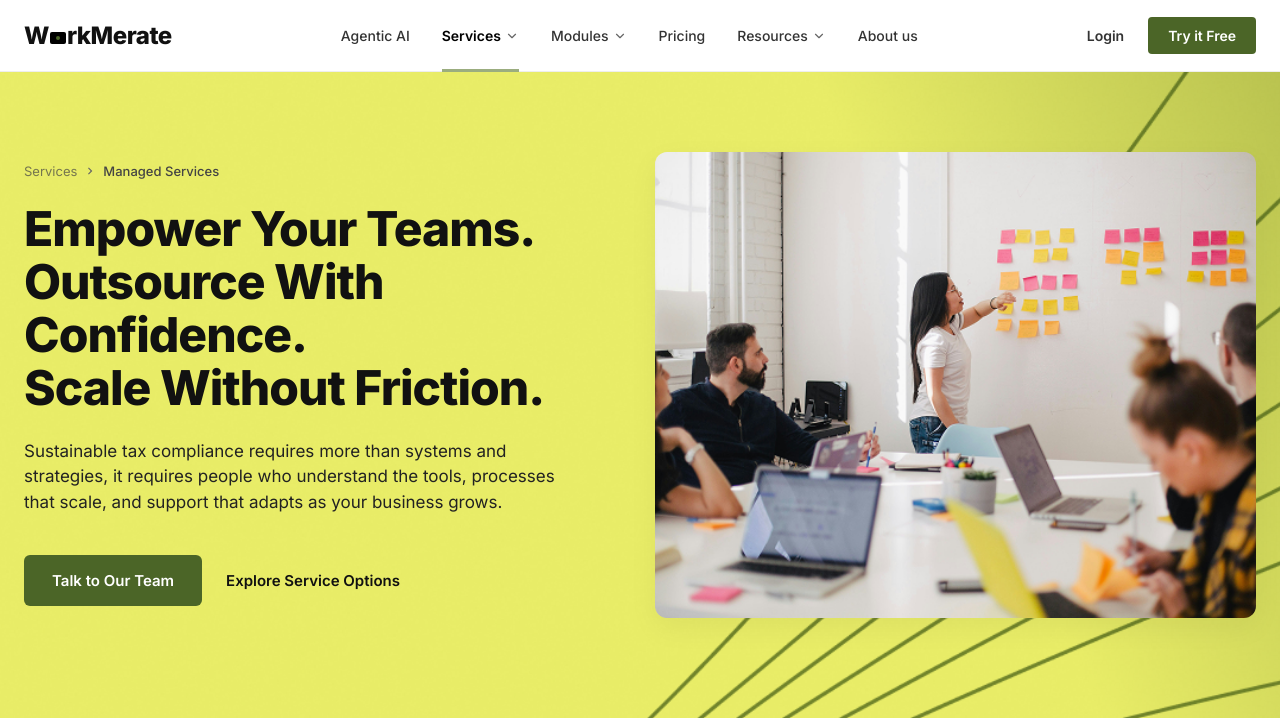
Repository: Opawumi/work_merate
Page: managed.html
An editor plug-in stored every save of this project. The page is shown before and after a run of saves, followed by the edit.
The browser window is 1280 px wide. The pictures show the whole page.

Above is the page before, as saved 2026-02-02 10:49:07.

### managed.html
<!DOCTYPE html>
<html lang="en">
<head>
    <meta charset="UTF-8">
    <meta name="viewport" content="width=device-width, initial-scale=1.0">
    <title>Managed Services - WorkMerate</title>
    <link rel="stylesheet" href="managed.css">
    <link rel="preconnect" href="https://fonts.googleapis.com">
    <link rel="preconnect" href="https://fonts.gstatic.com" crossorigin>
    <link href="https://fonts.googleapis.com/css2?family=Inter:wght@400;500;600;700;800&display=swap" rel="stylesheet">
</head>
<body>

    <nav class="navbar">
        <div class="container nav-wrapper">
            <a href="#" class="logo">
                W<span class="bag-icon"></span>rkMerate
            </a>

            <ul class="nav-menu">
                <li><a href="#" class="nav-link">Agentic AI</a></li>
                <li>
                    <a href="#" class="nav-link active">
                        Services
                        <svg class="chevron" viewBox="0 0 24 24" fill="none" stroke="currentColor" stroke-width="2" stroke-linecap="round" stroke-linejoin="round"><polyline points="6 9 12 15 18 9"></polyline></svg>
                    </a>
                </li>
                <li>
                    <a href="#" class="nav-link">
                        Modules
                        <svg class="chevron" viewBox="0 0 24 24" fill="none" stroke="currentColor" stroke-width="2" stroke-linecap="round" stroke-linejoin="round"><polyline points="6 9 12 15 18 9"></polyline></svg>
                    </a>
                </li>
                <li><a href="#" class="nav-link">Pricing</a></li>
                <li>
                    <a href="#" class="nav-link">
                        Resources
                        <svg class="chevron" viewBox="0 0 24 24" fill="none" stroke="currentColor" stroke-width="2" stroke-linecap="round" stroke-linejoin="round"><polyline points="6 9 12 15 18 9"></polyline></svg>
                    </a>
                </li>
                <li><a href="#" class="nav-link">About us</a></li>
            </ul>

            <div class="nav-actions">
                <a href="#" class="login-link">Login</a>
                <a href="#" class="btn-nav">Try it Free</a>
            </div>
        </div>
    </nav>

    <section class="hero-section">

        <div class="container hero-container">

            <div class="hero-content">
                <div class="breadcrumbs">
                    <span class="crumb-gray">Services</span>
                    <svg class="crumb-arrow" viewBox="0 0 24 24"><path d="M10 6L8.59 7.41 13.17 12l-4.58 4.59L10 18l6-6z"/></svg>
                    <span class="crumb-current">Managed Services</span>
                </div>

                <h1>Empower Your Teams.<br>Outsource With Confidence.<br>Scale Without Friction.</h1>

                <p class="hero-description">
                    Sustainable tax compliance requires more than systems and strategies, it requires
                    people who understand the tools, processes that scale, and support that adapts as
                    your business grows.
                </p>

                <div class="hero-buttons">
                    <a href="#" class="btn-hero-primary">Talk to Our Team</a>
                    <a href="#" class="btn-hero-secondary">Explore Service Options</a>
                </div>
            </div>

            <div class="hero-image-wrapper">
                <img src="./assets/managed-main.png" alt="Team working together with sticky notes">
            </div>

        </div>
    </section>

</body>
</html>

### managed.css
/* --- Reset & Base Styles --- */
:root {
    --font-family: 'Inter', sans-serif;
    --color-text-main: #111111;
    --color-text-gray: #444444;
    --color-lime-bg: #DCEE60; /* Matches the bright lime green in image */
    --color-dark-green: #4B6527; /* Matches the dark olive buttons */
    --max-width: 1280px;
}

* {
    margin: 0;
    padding: 0;
    box-sizing: border-box;
}

body {
    font-family: var(--font-family);
    color: var(--color-text-main);
    background-color: #fff;
    overflow-x: hidden;
}

a { text-decoration: none; color: inherit; }
ul { list-style: none; }

.container {
    max-width: var(--max-width);
    margin: 0 auto;
    padding: 0 24px;
}

/* --- Navigation --- */
.navbar {
    background-color: #fff;
    height: 72px;
    display: flex;
    align-items: center;
    border-bottom: 1px solid #eee; /* Subtle separator usually present */
    position: relative;
    z-index: 100;
}

.nav-wrapper {
    width: 100%;
    display: flex;
    justify-content: space-between;
    align-items: center;
}

.logo {
    font-size: 24px;
    font-weight: 800;
    letter-spacing: -0.5px;
    display: flex;
    align-items: center;
}

/* Bag Icon in Logo */
.bag-icon {
    display: inline-block;
    width: 16px;
    height: 12px;
    background: #000;
    border-radius: 2px;
    position: relative;
    margin: 0 1px;
    top: 2px;
}
.bag-icon::after {
    content: '';
    position: absolute;
    top: 4px;
    left: 6px;
    width: 4px;
    height: 4px;
    background: var(--color-dark-green);
    border-radius: 50%;
}

.nav-menu {
    display: flex;
    gap: 32px;
    align-items: center;
}

.nav-link {
    font-size: 14px;
    font-weight: 500;
    color: #333;
    display: flex;
    align-items: center;
    gap: 4px;
    height: 72px; /* Full height for hover/active underline alignment */
    position: relative;
}

.nav-link:hover { color: #000; }

.nav-link.active {
    font-weight: 600;
    color: #000;
}
/* Active Green Underline */
.nav-link.active::after {
    content: '';
    position: absolute;
    bottom: 0;
    left: 0;
    width: 100%;
    height: 3px;
    background-color: #9BAD7F;
}

.chevron { width: 14px; height: 14px; color: #666; }

.nav-actions {
    display: flex;
    align-items: center;
    gap: 24px;
}

.login-link {
    font-size: 14px;
    font-weight: 600;
    color: #333;
}

.btn-nav {
    background-color: var(--color-dark-green);
    color: #fff;
    padding: 10px 20px;
    border-radius: 4px;
    font-size: 14px;
    font-weight: 600;
    transition: background 0.2s;
}

.btn-nav:hover { background-color: #3d5220; }

/* --- Managed Services Hero Section --- */
/* --- Managed Services Hero Section --- */
.hero-section {
    position: relative;
    background: url("./assets/managed-hero.png") no-repeat center center/cover;
    padding: 80px 0 100px;
    overflow: hidden;
}

.hero-bg-pattern {
    position: absolute;
    top: 0;
    right: 0;
    bottom: 0;
    left: 0;
    background: repeating-conic-gradient(
        from 45deg at 120% 120%,
        transparent 0deg,
        transparent 10deg,
        rgba(75, 101, 39, 0.05) 10deg,
        rgba(75, 101, 39, 0.05) 11deg
    );
    pointer-events: none;
    z-index: 0;
}

.hero-container {
    position: relative;
    z-index: 1;
    display: grid;
    grid-template-columns: 1fr 1fr;
    gap: 30px;
    /* CHANGE 1: 'stretch' forces both columns to be the exact same height */
    align-items: stretch;
}

/* Left Text Content */
.hero-content {
    max-width: 600px;
    /* Optional: Center the text vertically within its own box if the image is taller */
    display: flex;
    flex-direction: column;
    justify-content: center;
}

/* ... (Typography styles remain the same) ... */
.breadcrumbs { display: flex; align-items: center; gap: 6px; font-size: 13px; margin-bottom: 24px; color: #444; }
.crumb-arrow { width: 14px; height: 14px; fill: #666; }
.crumb-gray { opacity: 0.7; }
.crumb-current { font-weight: 500; }

h1 { font-size: 48px; line-height: 1.1; font-weight: 800; color: #111; margin-bottom: 24px; letter-spacing: -1px; }
.hero-description { font-size: 17px; line-height: 1.5; color: #222; margin-bottom: 40px; max-width: 540px; }
.hero-buttons { display: flex; align-items: center; gap: 24px; flex-wrap:wrap; }

.btn-hero-primary { background-color: var(--color-dark-green); color: #fff; padding: 16px 28px; border-radius: 6px; font-size: 15px; font-weight: 600; transition: background 0.2s; }
.btn-hero-primary:hover { background-color: #3d5220; }
.btn-hero-secondary { font-size: 15px; font-weight: 600; color: #111; border-bottom: 1px solid transparent; }
.btn-hero-secondary:hover { border-bottom-color: #111; }

/* Right Image Wrapper */
.hero-image-wrapper {
    /* CHANGE 2: Ensure the wrapper takes the full height provided by the grid */
    height: 100%;
    width: 100%;
}

.hero-image-wrapper img {
    /* CHANGE 3: Force image to fill the height and width */
    width: 100%;
    height: 100%;
    /* CHANGE 4: 'cover' ensures the image crops smartly instead of stretching/distorting */
    object-fit: cover;
    border-radius: 12px;
    box-shadow: 0 10px 30px rgba(0,0,0,0.05);
    display: block;
}

/* Responsive adjustments */
@media (max-width: 992px) {
    .nav-menu { display: none; }

    .hero-container {
        grid-template-columns: 1fr; /* Stack vertically on mobile */
    }

    /* CHANGE 5: Reset heights on mobile so image doesn't look stretched or huge */
    .hero-image-wrapper {
        height: auto;
        margin-top: 40px;
        aspect-ratio: 16/9; /* Optional: Gives it a nice shape on mobile */
    }

    .hero-image-wrapper img {
        height: 100%;
    }

    h1 { font-size: 36px; }
}

After the next 2 saves:
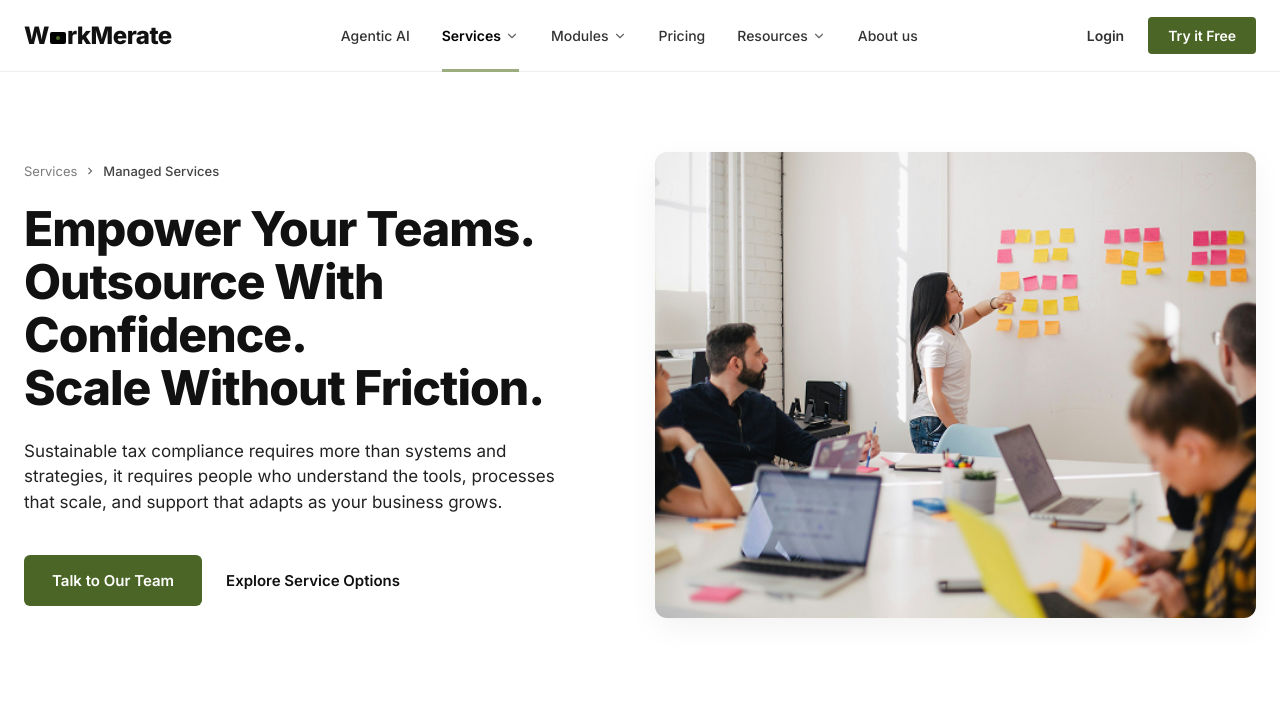
The 2 saves are shown as one change because they came seconds apart.
The last was saved 14 s later.
--- a/managed.css
+++ b/managed.css
@@ -142,7 +142,7 @@
 /* --- Managed Services Hero Section --- */
 .hero-section {
     position: relative;
-    background: url("./assets/managed-hero.png") no-repeat center center/cover;
+    background: url("./assets/managed-hero.png") no-repeat center cover;
     padding: 80px 0 100px;
     overflow: hidden;
 }
